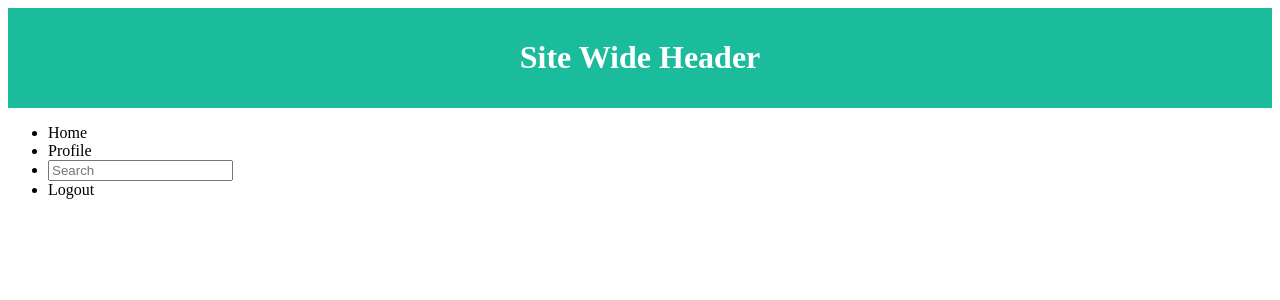
Repository: ayeza-baseer/AssignmentFlexbox
Page: assignment.html
These files come from the project's save history. The page is drawn as it stood at one moment and after the next save; the edit follows.
The browser window is 1280 px wide. The pictures show the whole page.

Above is the page before, as saved 2023-03-17 13:27:55.

### assignment.html
<!DOCTYPE html>
<html lang="en">
<head>

    <link rel="stylesheet" href="assignment.css">


</head>
<body>
<div>
    <header class="header"><h1>
        Site Wide Header
    </h1></header>
    <nav>
        <ul class="container">
            <li>Home</li>
            <li>Profile</li>
            <li class="search">
                <input type="text" class="search-input" placeholder="Search">
            </li>
            <li>Logout</li>
        </ul>
    </nav>


</div>

</body>
</html>

### assignment.css
.header{
    padding: 10px;
    text-align: center;
    background: #1abc9c;
    color: white;
}

After the next save:
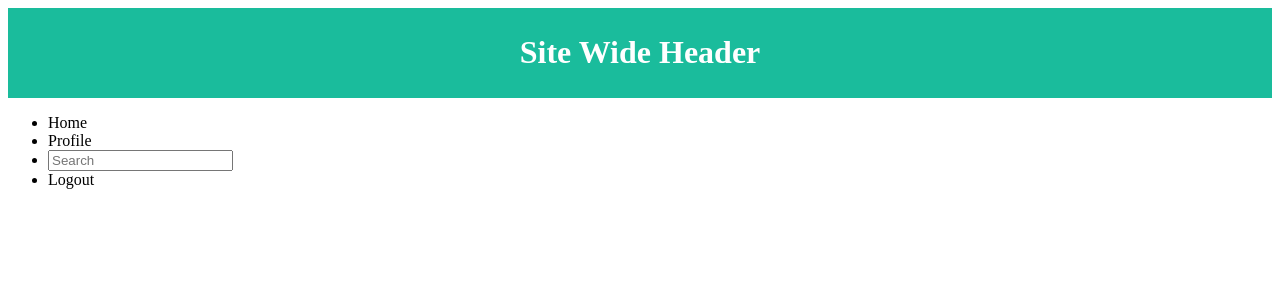
Saved 24 s later.
--- a/assignment.css
+++ b/assignment.css
@@ -1,5 +1,6 @@
 .header{
-    padding: 10px;
+    padding: 5px;
+    margin:0;
     text-align: center;
     background: #1abc9c;
     color: white;
